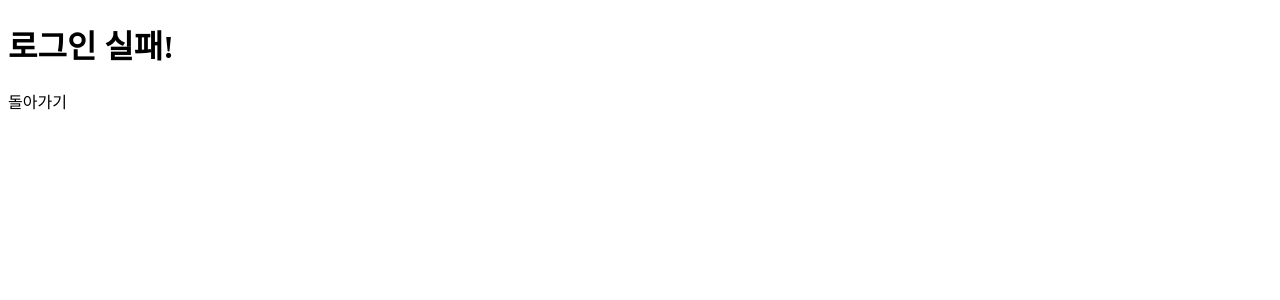
Repository: jungmintaeng/mini-ucampus
Page: ucam/WebContent/LoginFailed.html
These files come from the project's save history. The page is drawn as it stood at one moment and after the next save; the edit follows.
The browser window is 1280 px wide. The pictures show the whole page.

Above is the page before, as saved 2016-06-11 02:34:49.

After the next save:
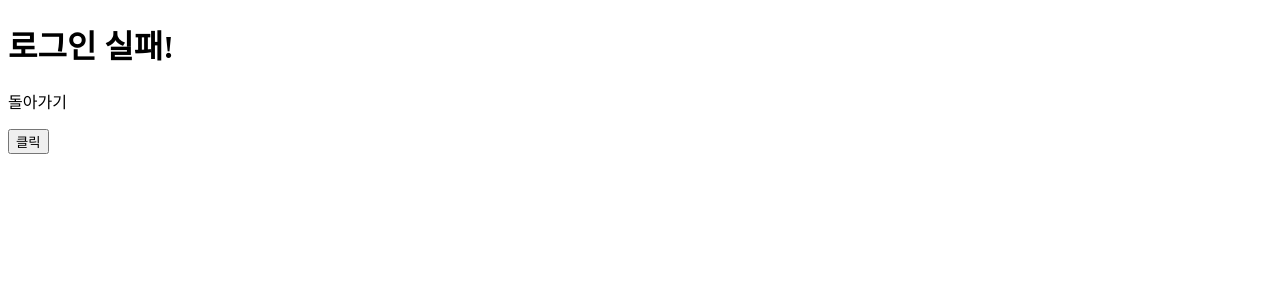
Saved 61 s later.
--- a/ucam/WebContent/LoginFailed.html
+++ b/ucam/WebContent/LoginFailed.html
@@ -7,6 +7,6 @@
 <body>
 <h1>로그인 실패!</h1>
 <p>돌아가기</p>
-
+<input type="submit" value="클릭"/>
 </body>
 </html>
